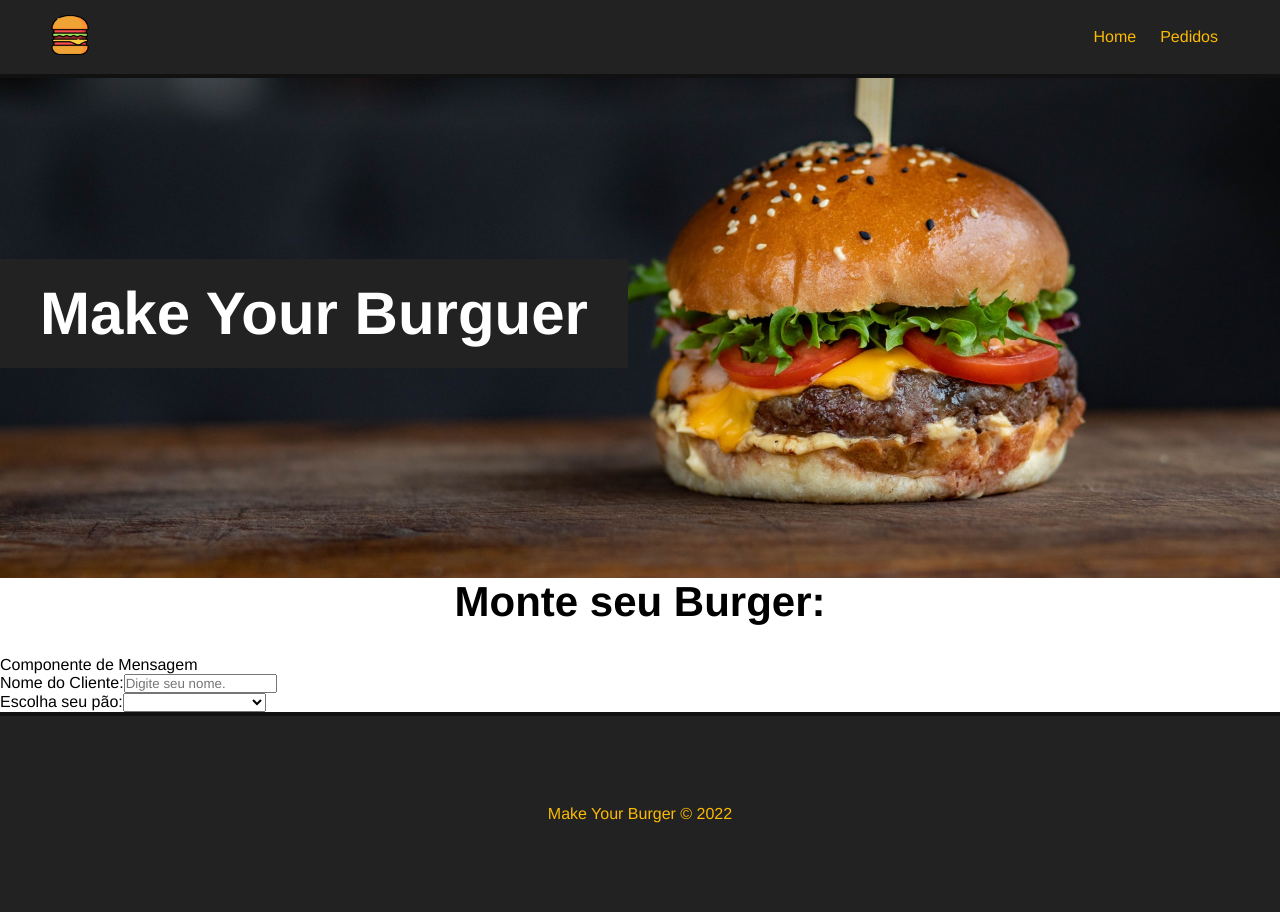
Repository: brunofa23/makeyourburguer
Page: /
An editor plug-in stored every save of this project. The page is shown before and after the next save, followed by the edit.
The browser window is 1280 px wide. The pictures show the whole page.
The project was rebuilt for these pictures with package versions that can differ from the ones it lists, and the page was loaded fresh each time. Also part of the build but not shown: vue.config.js.

Above is the page before, as saved 2022-08-09 19:56:11.

After the next save:
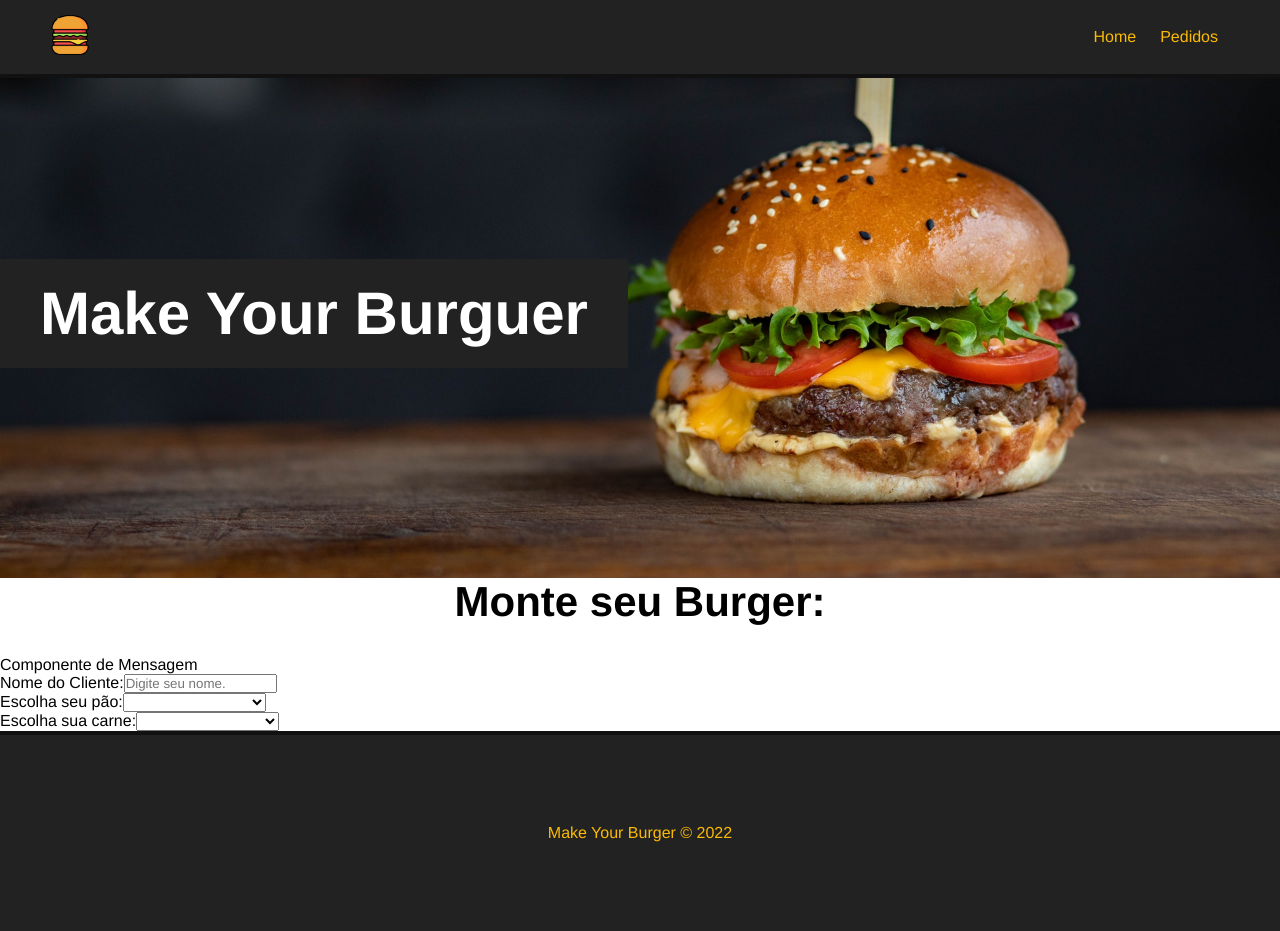
Saved 23 s later.
--- a/src/components/BurgerForm.vue
+++ b/src/components/BurgerForm.vue
@@ -20,6 +20,13 @@
             <option value="integral">Integral</option>
           </select>
         </div>
+        <div class="input-container">
+          <label for="carne">Escolha sua carne:</label>
+          <select name="pao" id="pao" v-model="pao">
+            <option value="">Selecione o seu pão</option>
+            <option value="integral">Integral</option>
+          </select>
+        </div>
       </form>
     </div>
   </div>
